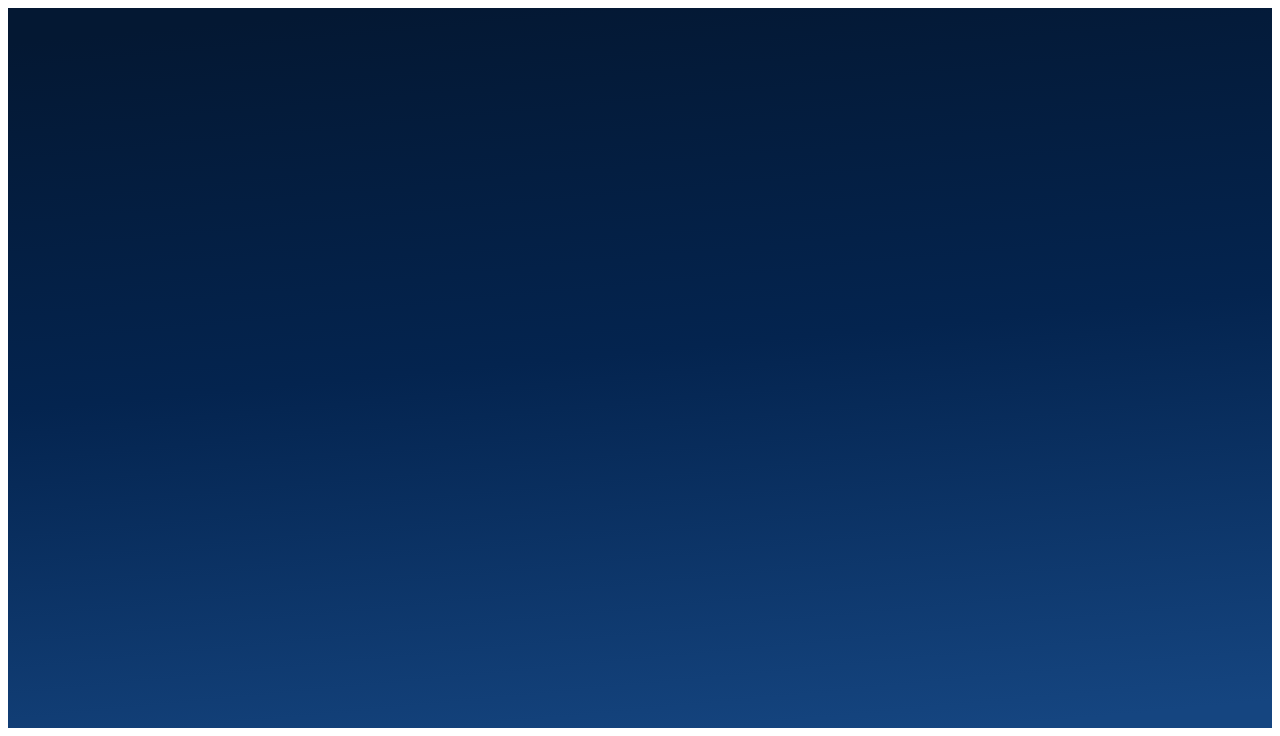
Repository: humbertobrasileiro/space-app
Page: /
These files come from the project's save history. The page is drawn as it stood at one moment and after the next save; the edit follows.
The browser window is 1280 px wide. The pictures show the whole page.
The project was rebuilt for these pictures with package versions that can differ from the ones it lists, and the page was loaded fresh each time. Also part of the build but not shown: vite.config.js.

Above is the page before, as saved 2025-02-26 15:56:17.

### src/App.jsx
import EstilosGlobais from 'componentes/EstilosGlobais'
import styled from 'styled-components'

const FundoGradiente = styled.div`
  background: linear-gradient(174.61deg, #041833 4.16%, #04244F 48%, #154580 96.76%);
  width: 100%;
  min-height: 100vh;
`

function App() {

  return (
    <FundoGradiente>
      <EstilosGlobais />
    </FundoGradiente>
  )
}

export default App

### src/componentes/EstilosGlobais/index.jsx
import { createGlobalStyle } from 'styled-components'

const EstilosGlobais = createGlobalStyle`

`

export default EstilosGlobais

Loaded but not shown: index.html (common file); src/main.jsx (common file)

After the next save:
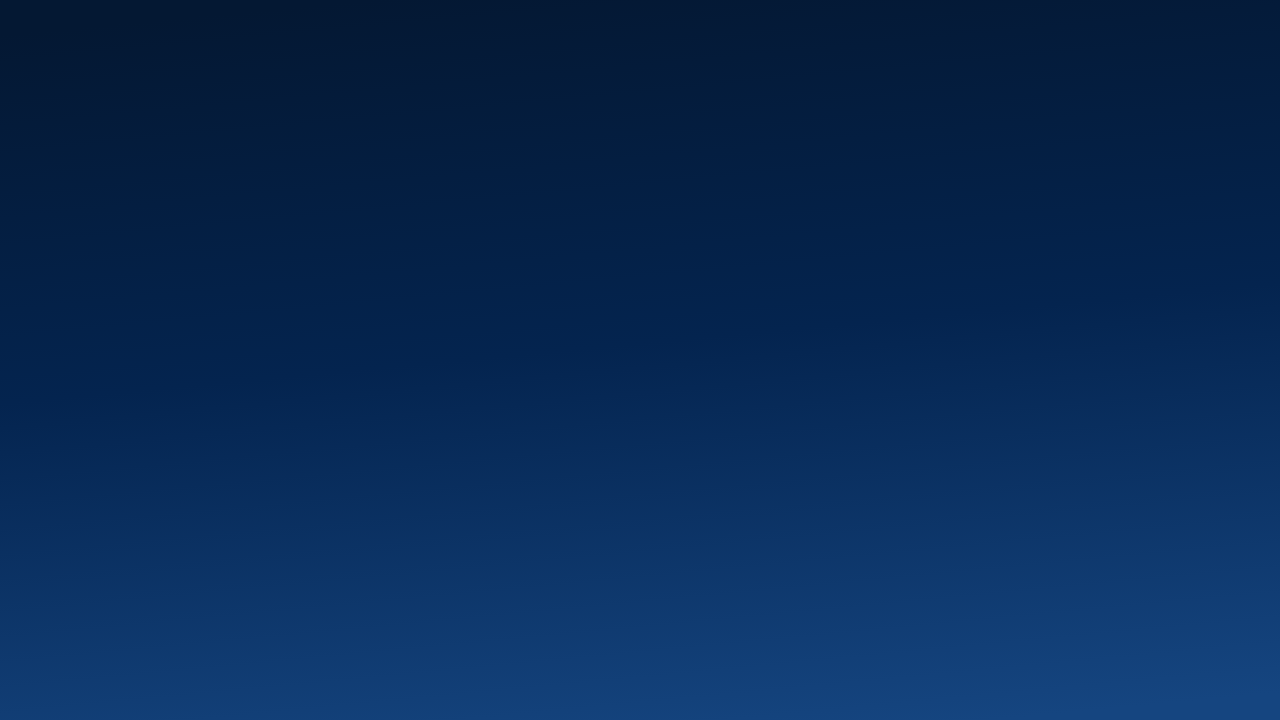
Saved 2 min 11 s later.
--- a/src/componentes/EstilosGlobais/index.jsx
+++ b/src/componentes/EstilosGlobais/index.jsx
@@ -1,7 +1,149 @@
 import { createGlobalStyle } from 'styled-components'
 
 const EstilosGlobais = createGlobalStyle`
-
+  html {
+  line-height: 1.15;
+  -webkit-text-size-adjust: 100%;
+}
+body {
+  margin: 0;
+  min-height: 100vh;
+}
+main {
+  display: block;
+}
+h1 {
+  font-size: 2em;
+  margin: 0.67em 0;
+}
+hr {
+  box-sizing: content-box;
+  height: 0;
+  overflow: visible;
+}
+a {
+  background-color: transparent;
+}
+abbr[title] {
+  border-bottom: none;
+  text-decoration: underline;
+  text-decoration: underline dotted;
+}
+b,
+strong {
+  font-weight: bolder;
+}
+code,
+kbd,
+samp {
+  font-family: monospace, monospace;
+  font-size: 1em;
+}
+small {
+  font-size: 80%;
+}
+sub,
+sup {
+  font-size: 75%;
+  line-height: 0;
+  position: relative;
+  vertical-align: baseline;
+}
+sub {
+  bottom: -0.25em;
+}
+sup {
+  top: -0.5em;
+}
+img {
+  border-style: none;
+}
+button,
+input,
+optgroup,
+select,
+textarea {
+  font-family: inherit;
+  font-size: 100%;
+  line-height: 1.15;
+  margin: 0;
+}
+button,
+input {
+  overflow: visible;
+}
+button,
+select {
+  text-transform: none;
+}
+button,
+[type="button"],
+[type="reset"],
+[type="submit"] {
+  -webkit-appearance: button;
+}
+button::-moz-focus-inner,
+[type="button"]::-moz-focus-inner,
+[type="reset"]::-moz-focus-inner,
+[type="submit"]::-moz-focus-inner {
+  border-style: none;
+  padding: 0;
+}
+button:-moz-focusring,
+[type="button"]:-moz-focusring,
+[type="reset"]:-moz-focusring,
+[type="submit"]:-moz-focusring {
+  outline: 1px dotted ButtonText;
+}
+fieldset {
+  padding: 0.35em 0.75em 0.625em;
+}
+legend {
+  box-sizing: border-box;
+  color: inherit;
+  display: table;
+  max-width: 100%;
+  padding: 0;
+  white-space: normal;
+}
+progress {
+  vertical-align: baseline;
+}
+textarea {
+  overflow: auto;
+}
+[type="checkbox"],
+[type="radio"] {
+  box-sizing: border-box;
+  padding: 0;
+}
+[type="number"]::-webkit-inner-spin-button,
+[type="number"]::-webkit-outer-spin-button {
+  height: auto;
+}
+[type="search"] {
+  -webkit-appearance: textfield;
+  outline-offset: -2px;
+}
+[type="search"]::-webkit-search-decoration {
+  -webkit-appearance: none;
+}
+::-webkit-file-upload-button {
+  -webkit-appearance: button;
+  font: inherit;
+}
+details {
+  display: block;
+}
+summary {
+  display: list-item;
+}
+template {
+  display: none;
+}
+[hidden] {
+  display: none;
+}
 `
 
 export default EstilosGlobais
